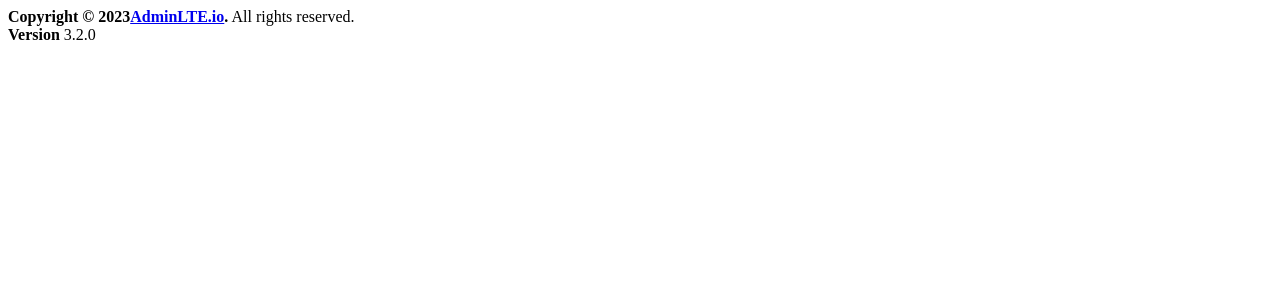
Repository: Prevail03/numbers
Page: http://localhost/includes/footer.php
An editor plug-in stored every save of this project. The page is shown before and after the next save, followed by the edit.
The browser window is 1280 px wide. The pictures show the whole page.
The page is run by PHP 8.4 with error messages shown; the project is at /var/www/html/.

Above is the page before, as saved 2025-07-22 19:54:58.

After the next save:
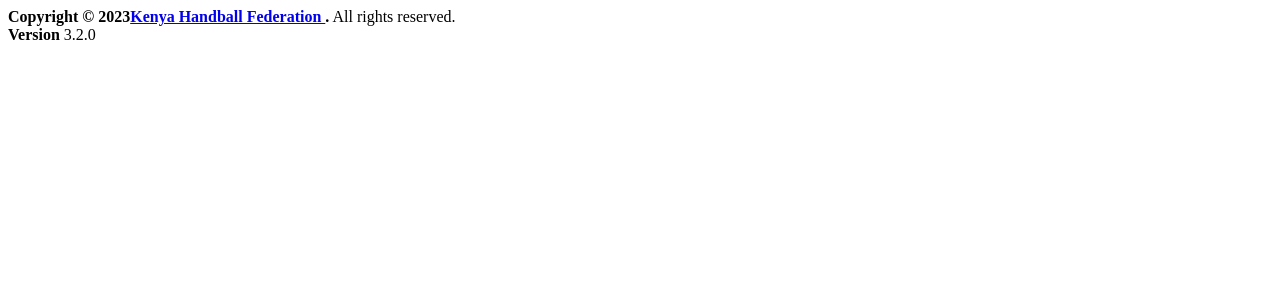
Saved 23 s later.
--- a/includes/footer.php
+++ b/includes/footer.php
@@ -1,5 +1,5 @@
 <footer class="main-footer">
-    <strong>Copyright &copy; <? echo date('Y') ?><a href="https://adminlte.io">AdminLTE.io</a>.</strong>
+    <strong>Copyright &copy; <? echo date('Y') ?><a href="#">Kenya Handball Federation </a>.</strong>
     All rights reserved.
     <div class="float-right d-none d-sm-inline-block">
       <b>Version</b> 3.2.0
